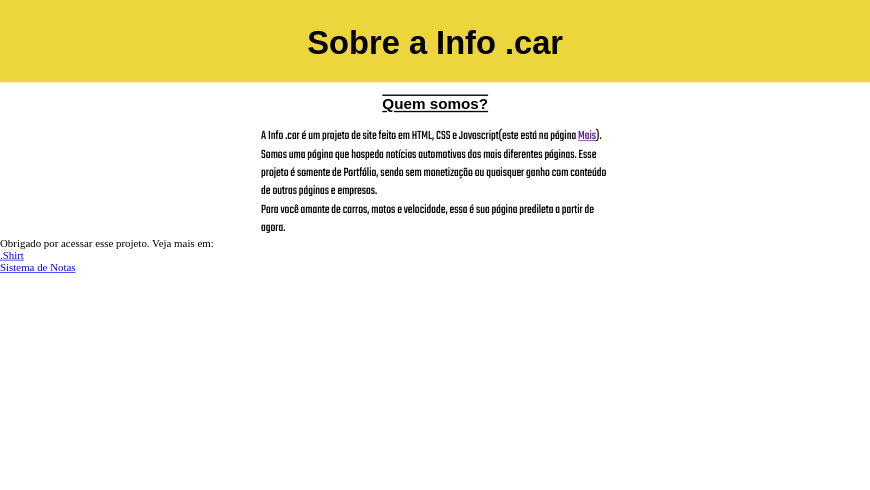
Repository: Leonngc/projeto-info.car
Page: sobre.html
The author's editor kept a copy of each file at every save. The page is drawn from the files as they stood at one save, then again after a run of saves.
The browser window is 1280 px wide. The pictures show the whole page, at 68% of full size.
Some web fonts or font styles are not loaded; a fallback is used.

Above is the page before, as saved 2022-11-05 15:27:20.

After the next 2 saves:
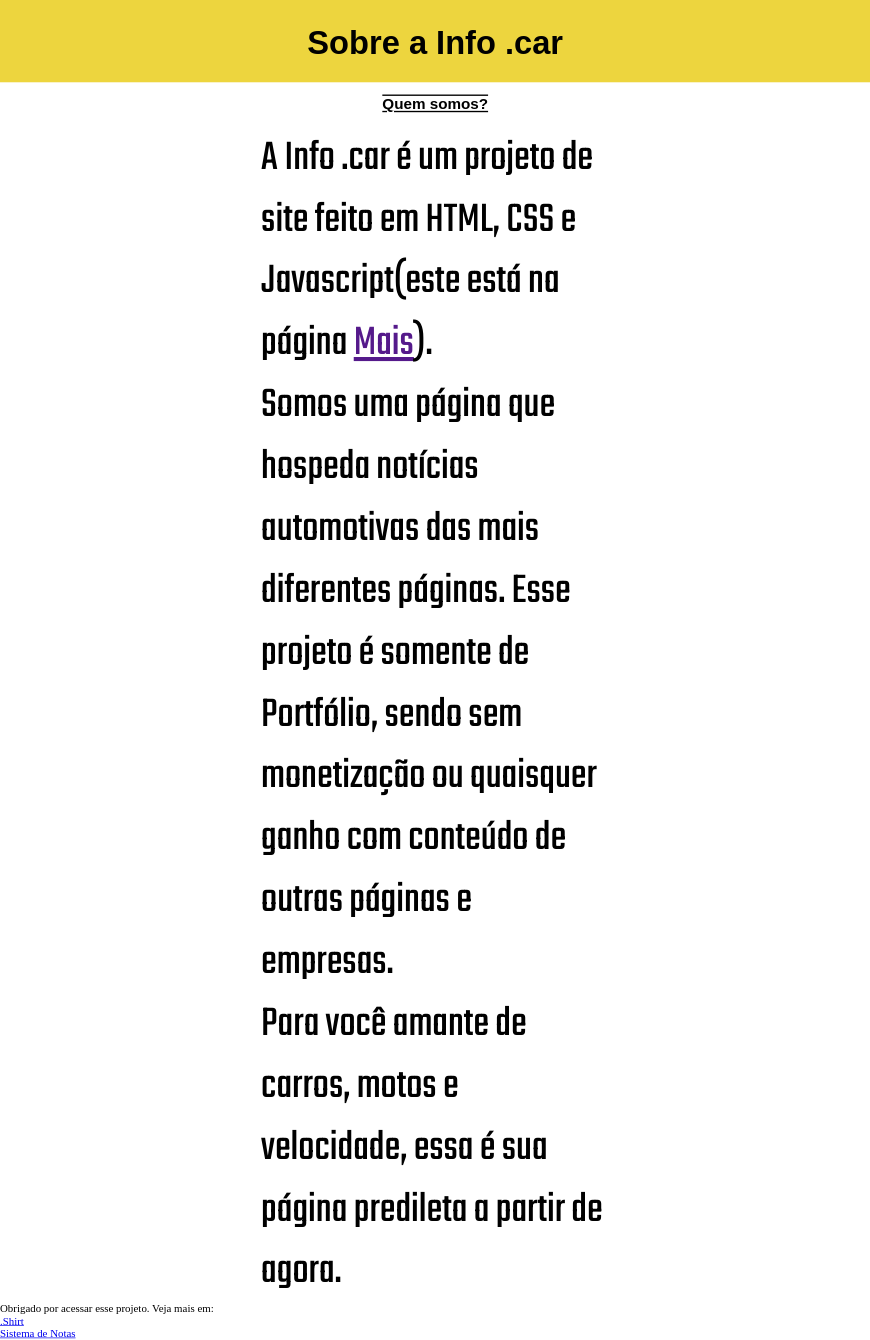
The 2 saves are shown as one change because they came seconds apart.
The last was saved 18 s later.
--- a/sobre.css
+++ b/sobre.css
@@ -35,7 +35,7 @@ article > h1{
 
 article > p{
    font-family: var(--font-text);
-   font-size: 1.2em;
+   font-size:5vw;
    margin-left: 30vw;
    margin-right: 30vw;
 }
